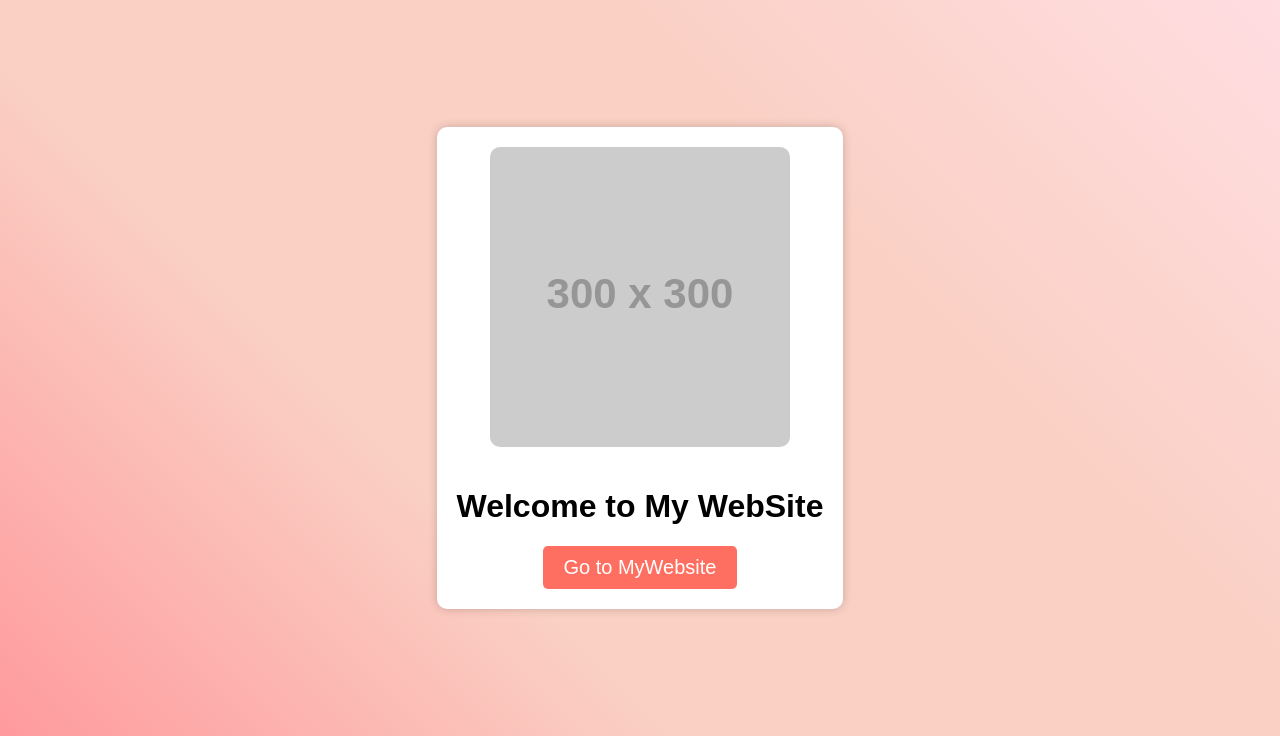
Repository: sudeepnagar/Advanced71
Page: IndexToDownload/src/main/webapp/index.html
These files come from the project's save history. The page is drawn as it stood at one moment and after the next save; the edit follows.
The browser window is 1280 px wide. The pictures show the whole page.
Backgrounds fixed to the window are drawn as part of the page.

Above is the page before, as saved 2025-03-04 09:02:58.

After the next save:
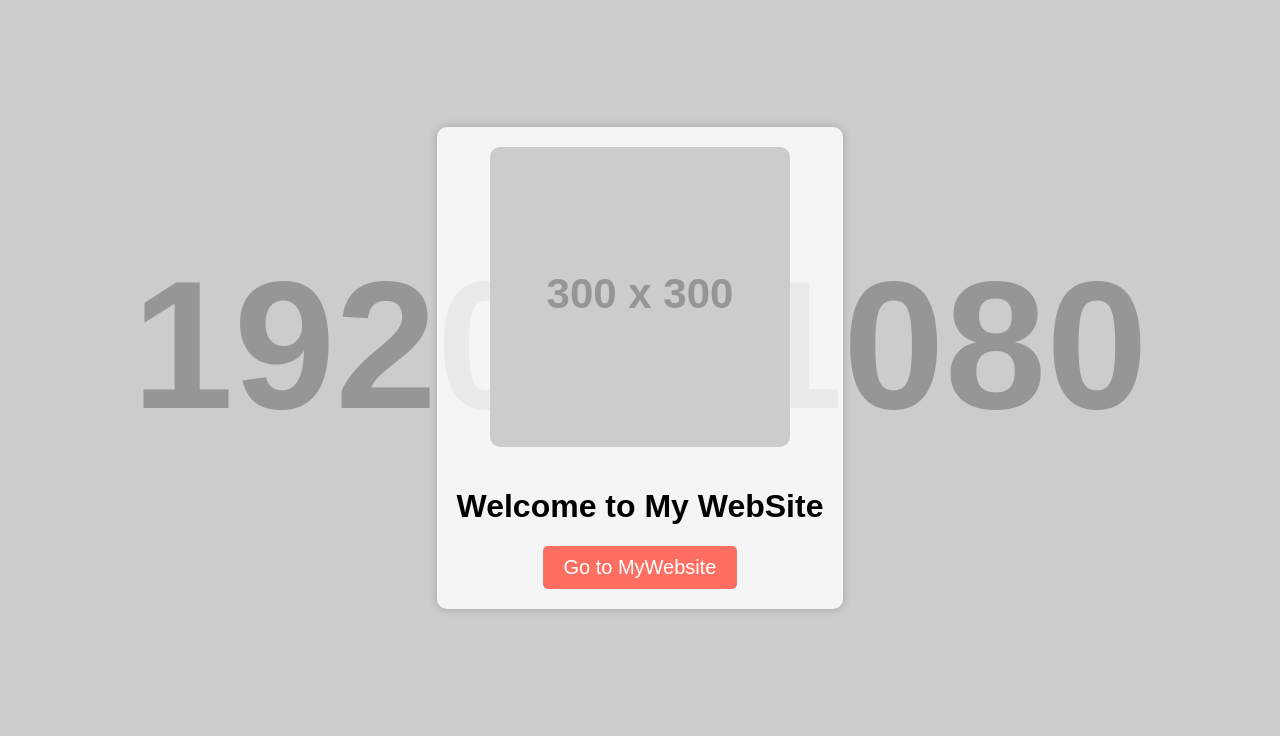
Saved 78 s later.
--- a/IndexToDownload/src/main/webapp/index.html
+++ b/IndexToDownload/src/main/webapp/index.html
@@ -6,7 +6,8 @@
     <title>Colorful Page</title>
     <style>
         body {
-            background: linear-gradient(45deg, #ff9a9e, #fad0c4, #fad0c4, #ffdde1);
+            background: url('https://via.placeholder.com/1920x1080') no-repeat center center fixed;
+            background-size: cover;
             height: 100vh;
             display: flex;
             justify-content: center;
@@ -15,7 +16,7 @@
             font-family: Arial, sans-serif;
         }
         .container {
-            background: white;
+            background: rgba(255, 255, 255, 0.8);
             padding: 20px;
             border-radius: 10px;
             box-shadow: 0 0 10px rgba(0, 0, 0, 0.2);
